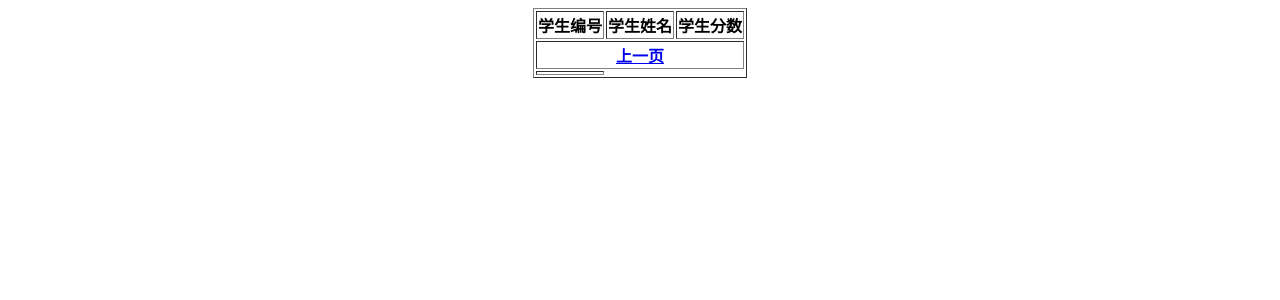
Repository: byuan98/study
Page: http://localhost/day071web/test/getallstudentpaging?pageNumber=-1
The author's editor kept a copy of each file at every save. The page is drawn from the files as they stood at one save, then again after the next save.
The browser window is 1280 px wide. The pictures show the whole page.
The page is served by Tomcat 9. Queries for data that is not in the repository find no rows.

Above is the page before, as saved 2021-03-30 14:34:36.

After the next save:
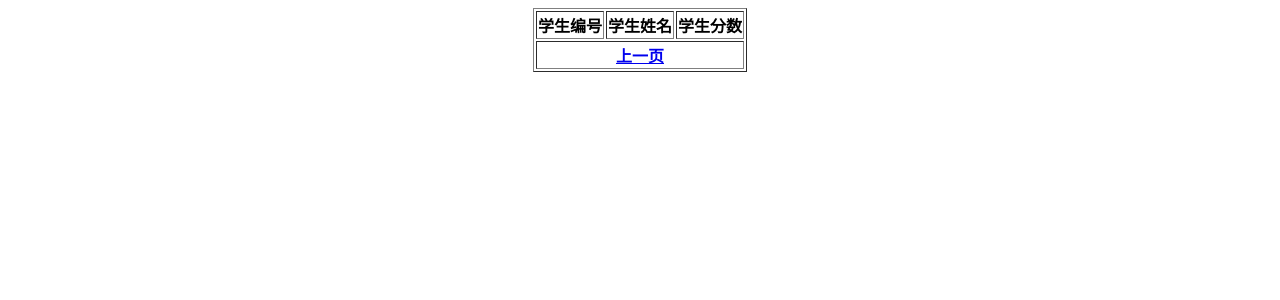
Saved 61 s later.
--- a/day071web/WebContent/jsp/pagingoptimization.jsp
+++ b/day071web/WebContent/jsp/pagingoptimization.jsp
@@ -42,8 +42,7 @@
       </th>
     </tr>
 
-    <tr>
-      <th>
+
         <core:set var="number" value="6"/>
         <core:choose>
           <core:when test="${requestScope.studentpaging.pageNumber < number/2}">

After the save that followed:
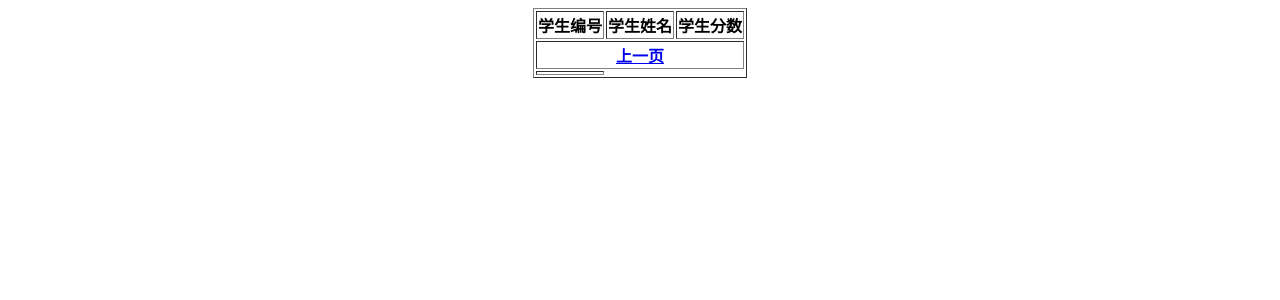
Saved 42 s later.
--- a/day071web/WebContent/jsp/pagingoptimization.jsp
+++ b/day071web/WebContent/jsp/pagingoptimization.jsp
@@ -42,8 +42,9 @@
       </th>
     </tr>
 
-
-        <core:set var="number" value="6"/>
+    <tr>
+      <th>
+        <core:set var="number" value="5"/>
         <core:choose>
           <core:when test="${requestScope.studentpaging.pageNumber < number/2}">
             <core:set var="startNumber" value="1"/>
